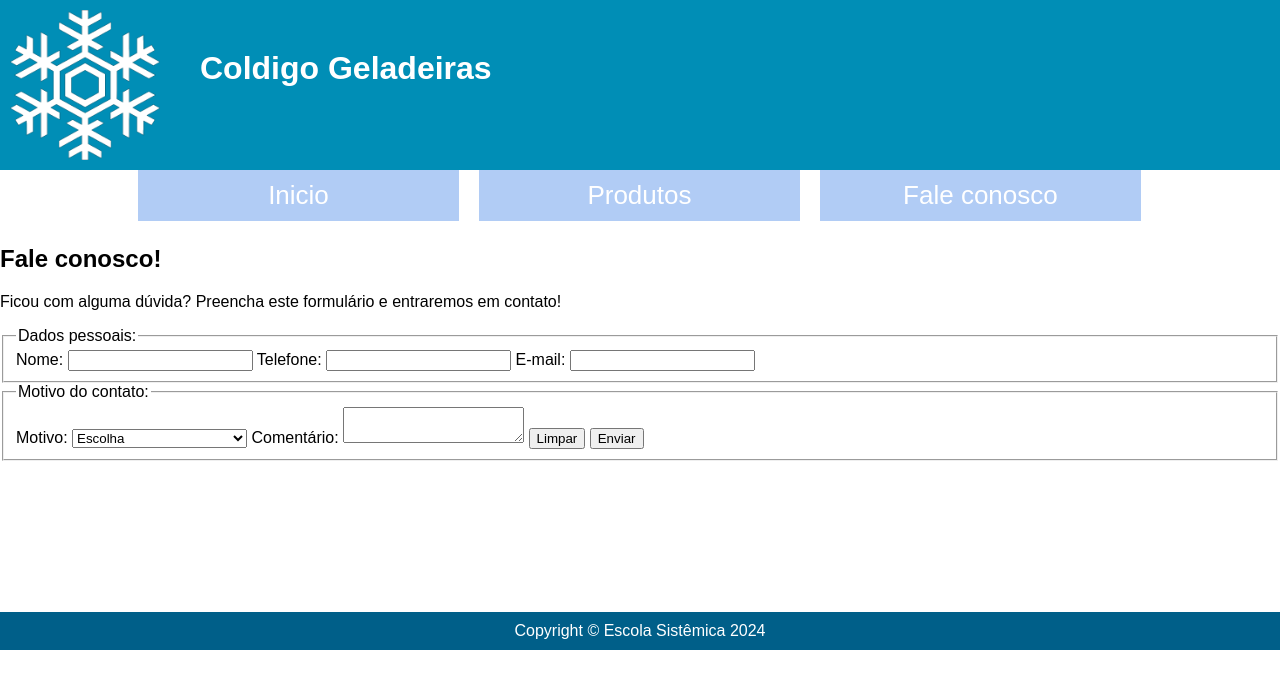
Repository: AndreiLGomes/faculdade
Page: http://localhost/ProjetoTrilhaWeb/pages/site/faleconosco.html
The author's editor kept a copy of each file at every save. The page is drawn from the files as they stood at one save, then again after the next save.
The browser window is 1280 px wide. The pictures show the whole page.
The page is served by Tomcat 9.

Above is the page before, as saved 2024-04-10 22:29:54.

After the next save:
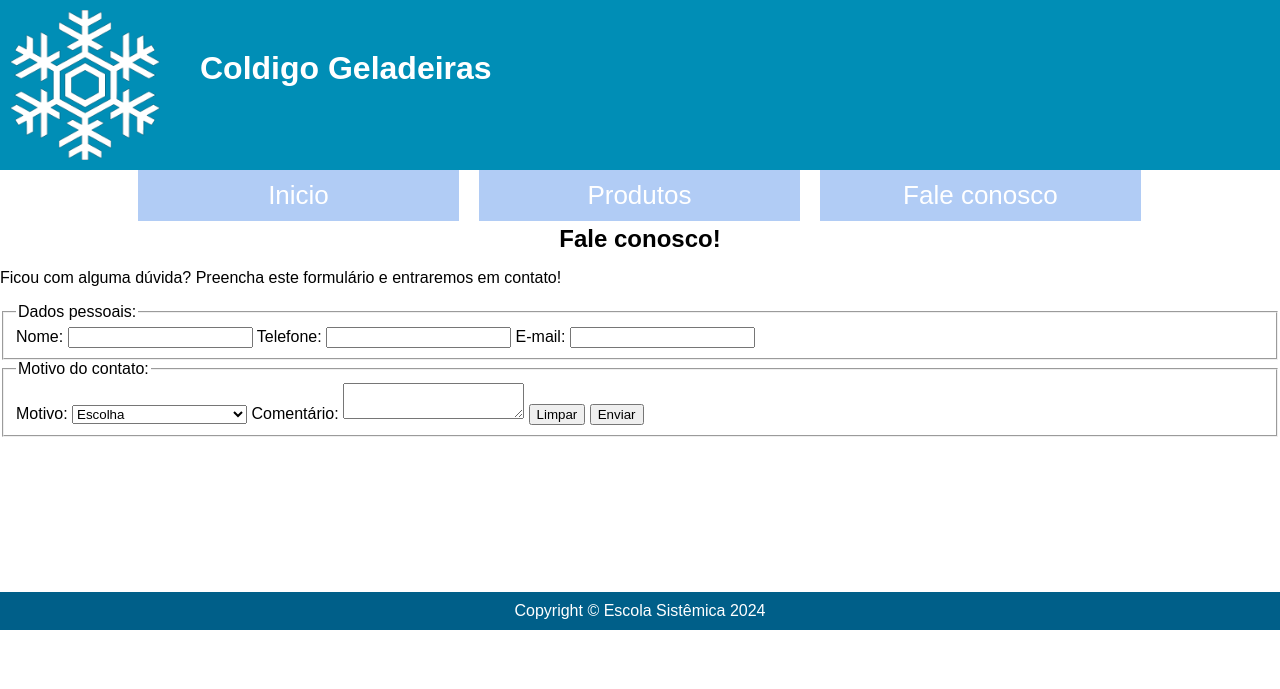
Saved 114 s later.
--- a/2 ano/WorkspaceTrilhaWeb/ProjetoTrilhaWeb/src/main/webapp/css/site.css
+++ b/2 ano/WorkspaceTrilhaWeb/ProjetoTrilhaWeb/src/main/webapp/css/site.css
@@ -93,3 +93,10 @@ section #titulos{
 	width: 650px;
 	margin: 0px auto;
 }
+
+h2{
+	text-align: center;
+	margin-top: 0px;
+	margin-bottom: 10px;
+
+}
